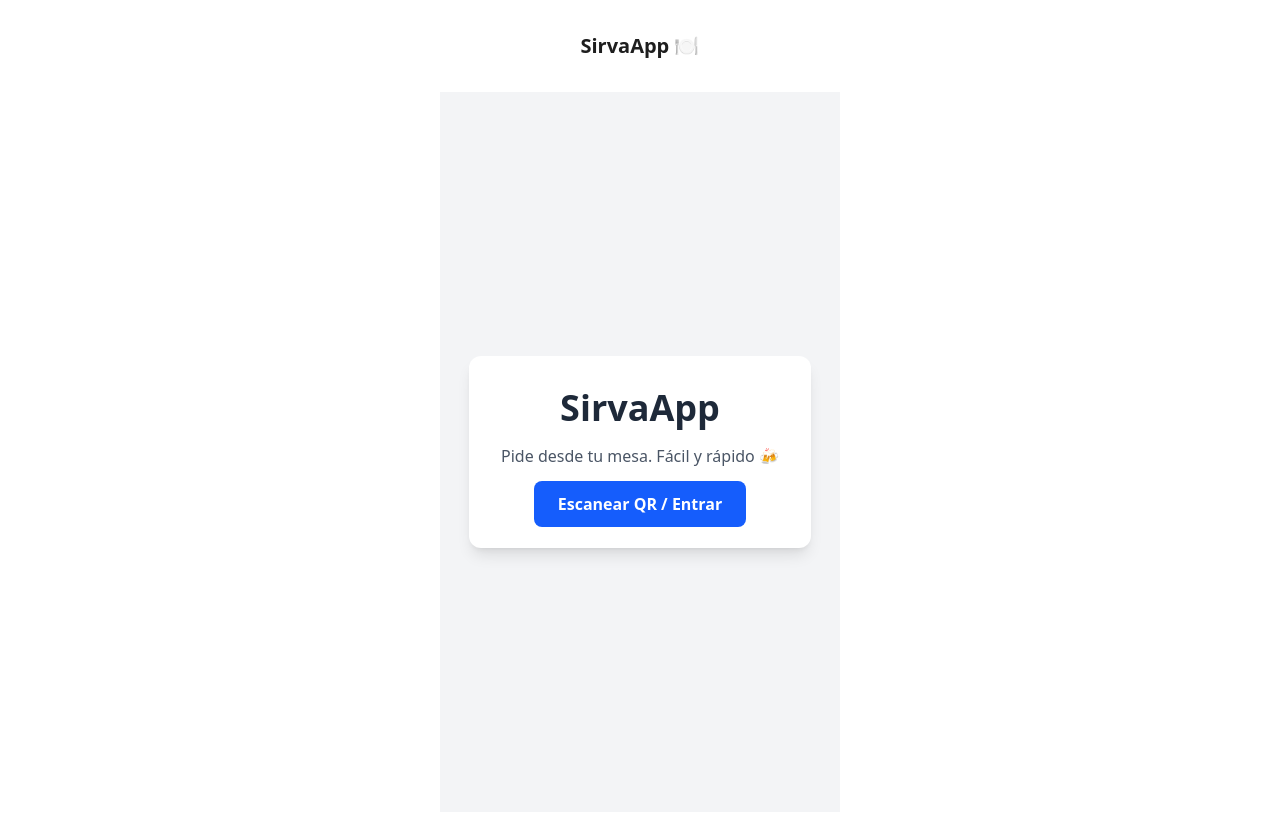
Repository: jrcardenas/sirvaapp
Page: /
An editor plug-in stored every save of this project. The page is shown before and after the next save, followed by the edit.
The browser window is 1280 px wide. The pictures show the whole page.
The project was rebuilt for these pictures with package versions that can differ from the ones it lists, and the page was loaded fresh each time. The framework's server and built-in components were replaced by stand-ins that run in the browser. Also part of the build but not shown: next.config.ts.

Above is the page before, as saved 2025-11-02 12:07:00.

### app/layout.tsx
import type { Metadata } from "next";
import "./globals.css";
import "./styles/theme.css";
import { OrderProvider } from "@/context/OrderContext";
import LayoutWrapper from "@/components/layout/LayoutWrapper";

export const metadata: Metadata = {
  title: "SirvaApp",
  description: "Pide desde tu mesa. Sirve más rápido.",
};

export default function RootLayout({ children }: { children: React.ReactNode }) {
  return (
    <html lang="es">
      <body className="bg-[var(--color-background)] text-[var(--color-text-dark)]">
        <OrderProvider>
          <LayoutWrapper>
            {children}
          </LayoutWrapper>
        </OrderProvider>
      </body>
    </html>
  );
}

### app/page.tsx
import Link from "next/link";

export default function HomePage() {
  return (
    <main className="min-h-screen bg-gray-100 flex items-center justify-center">
      <div className="bg-white rounded-xl shadow-lg p-8 text-center max-w-md mx-auto">
        <h1 className="text-4xl font-bold text-gray-800 mb-4">SirvaApp</h1>
        <p className="text-gray-600 mb-6">
          Pide desde tu mesa. Fácil y rápido 🍻
        </p>

        <Link
          href="/mesa/1"
          className="bg-blue-600 hover:bg-blue-700 text-white px-6 py-3 rounded-lg font-semibold transition"
        >
          Escanear QR / Entrar
        </Link>
      </div>
    </main>
  );
}

### app/globals.css
@import "tailwindcss";

/* Colores base del navegador */
:root {
  --background: #ffffff;
  --foreground: #171717;
}

/* ✅ Variables sincronizadas con el tema */
@theme inline {
  --color-background: var(--background);
  --color-foreground: var(--foreground);
  --font-sans: var(--font-geist-sans);
  --font-mono: var(--font-geist-mono);
}

@media (prefers-color-scheme: dark) {
  :root {
    --background: #0a0a0a;
    --foreground: #ededed;
  }
}

/* ✅ Mantener reset y tipografía */
body {
  background: var(--color-background);
  color: var(--color-foreground);
}

### app/styles/theme.css
:root {
  /* Brand Colors */
  --color-primary: #007BFF;
  --color-secondary: #1E1E1E;
  --color-background: #FFFFFF;
  --color-surface: #F8F8F8;
  --color-border: #E2E2E2;

  /* Text */
  --color-text-dark: #1E1E1E;
  --color-text-light: #FFFFFF;

  /* Tokens */
  --radius: 12px;
  --button-height: 48px;
}

### app/context/OrderContext.tsx
"use client";
import { createContext, useContext, useState, ReactNode } from "react";

interface ProductoPedido {
  id: number;
  nombre: string;
  precio: number;
  cantidad: number;
  nota?: string;
}

interface OrderContextValue {
  pedido: ProductoPedido[];
  agregarProducto: (producto: ProductoPedido) => void;
  cambiarCantidad: (id: number, accion: "sumar" | "restar") => void;
  eliminarProducto: (id: number) => void;
  vaciarPedido: () => void;
  totalItems: number;
  totalPrice: number;
}

const OrderContext = createContext<OrderContextValue | undefined>(undefined);

export function OrderProvider({ children }: { children: ReactNode }) {
  const [pedido, setPedido] = useState<ProductoPedido[]>([]);

  const agregarProducto = (producto: ProductoPedido) => {
    setPedido((prev) => {
      const existe = prev.find((p) => p.id === producto.id);
      if (existe) {
        return prev.map((p) =>
          p.id === producto.id
            ? { ...p, cantidad: p.cantidad + producto.cantidad }
            : p
        );
      }
      return [...prev, producto];
    });
  };

  const cambiarCantidad = (id: number, accion: "sumar" | "restar") => {
    setPedido((prev) =>
      prev
        .map((p) => {
          if (p.id !== id) return p;
          if (accion === "sumar") return { ...p, cantidad: p.cantidad + 1 };
          if (p.cantidad === 1) return p;
          return { ...p, cantidad: p.cantidad - 1 };
        })
        .filter((p) => p.cantidad > 0)
    );
  };

  const eliminarProducto = (id: number) => {
    setPedido((prev) => prev.filter((p) => p.id !== id));
  };

  const vaciarPedido = () => setPedido([]);

  const totalItems = pedido.reduce((acc, p) => acc + p.cantidad, 0);
  const totalPrice = pedido.reduce((acc, p) => acc + p.precio * p.cantidad, 0);

  return (
    <OrderContext.Provider
      value={{
        pedido,
        agregarProducto,
        cambiarCantidad,
        eliminarProducto,
        vaciarPedido,
        totalItems,
        totalPrice,
      }}
    >
      {children}
    </OrderContext.Provider>
  );
}

export function useOrder() {
  const context = useContext(OrderContext);
  if (!context) throw new Error("useOrder debe usarse dentro de OrderProvider");
  return context;
}

### app/components/layout/LayoutWrapper.tsx
"use client";

import Header from "./Header";

export default function LayoutWrapper({ children }: { children: React.ReactNode }) {
  return (
    <div className="max-w-md mx-auto px-6 py-4 min-h-screen flex flex-col">
      <Header />
      {children}
    </div>
  );
}

### app/components/layout/Header.tsx
"use client";

export default function Header() {
  return (
    <header className="w-full py-4 mb-4 flex justify-center">
      <h1 className="text-xl font-bold text-[var(--color-text-dark)]">
        SirvaApp 🍽️
      </h1>
    </header>
  );
}

### app/components/BottomNav.tsx
"use client";
import Link from "next/link";
import { usePathname } from "next/navigation";

export default function BottomNav() {
  const pathname = usePathname();

  const navItems = [
    { href: "/menu", label: "Menú", icon: "🍽️" },
    { href: "/cuenta", label: "Cuenta", icon: "🧾" },
    { href: "/llamar", label: "Llamar", icon: "🛎️" },
    { href: "/info", label: "Info", icon: "ℹ️" },
  ];

  return (
    <nav className="fixed bottom-0 left-0 w-full bg-white border-t shadow-lg">
      <div className="flex justify-around py-2 max-w-md mx-auto text-sm">
        {navItems.map((item) => (
          <Link
            key={item.href}
            href={item.href}
            className={`flex flex-col items-center gap-1 px-4 ${
              pathname === item.href
                ? "text-blue-600 font-bold"
                : "text-gray-500"
            }`}
          >
            <span className="text-xl">{item.icon}</span>
            {item.label}
          </Link>
        ))}
      </div>
    </nav>
  );
}

After the next save:
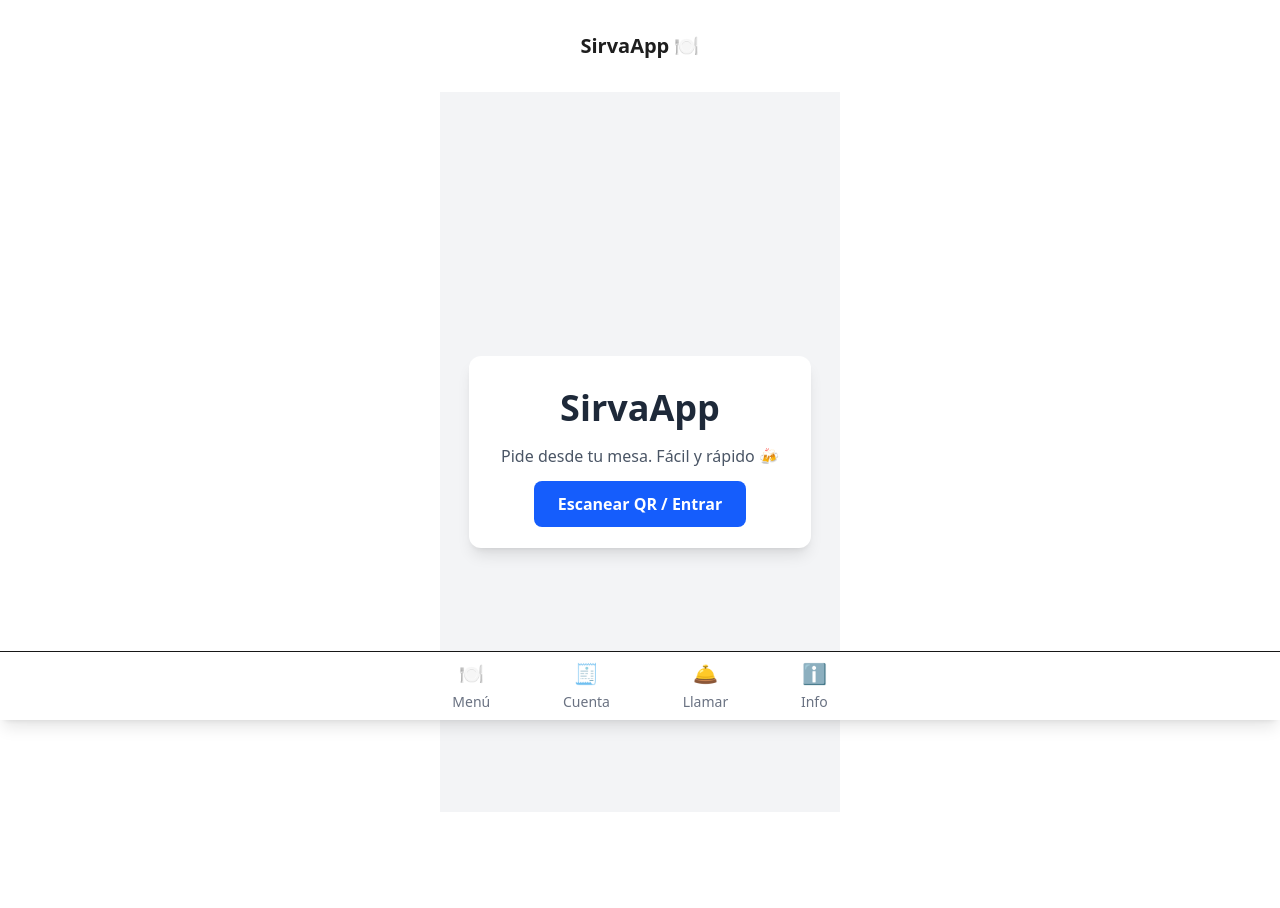
Saved 63 s later.
--- a/app/layout.tsx
+++ b/app/layout.tsx
@@ -3,6 +3,7 @@ import "./globals.css";
 import "./styles/theme.css";
 import { OrderProvider } from "@/context/OrderContext";
 import LayoutWrapper from "@/components/layout/LayoutWrapper";
+import BottomNav from "@/components/BottomNav"; // ✅ Añadido
 
 export const metadata: Metadata = {
   title: "SirvaApp",
@@ -15,7 +16,12 @@ export default function RootLayout({ children }: { children: React.ReactNode })
       <body className="bg-[var(--color-background)] text-[var(--color-text-dark)]">
         <OrderProvider>
           <LayoutWrapper>
-            {children}
+            <div className="min-h-screen pb-20">
+              {children}
+            </div>
+
+            {/* ✅ Navegación inferior global */}
+            <BottomNav />
           </LayoutWrapper>
         </OrderProvider>
       </body>
